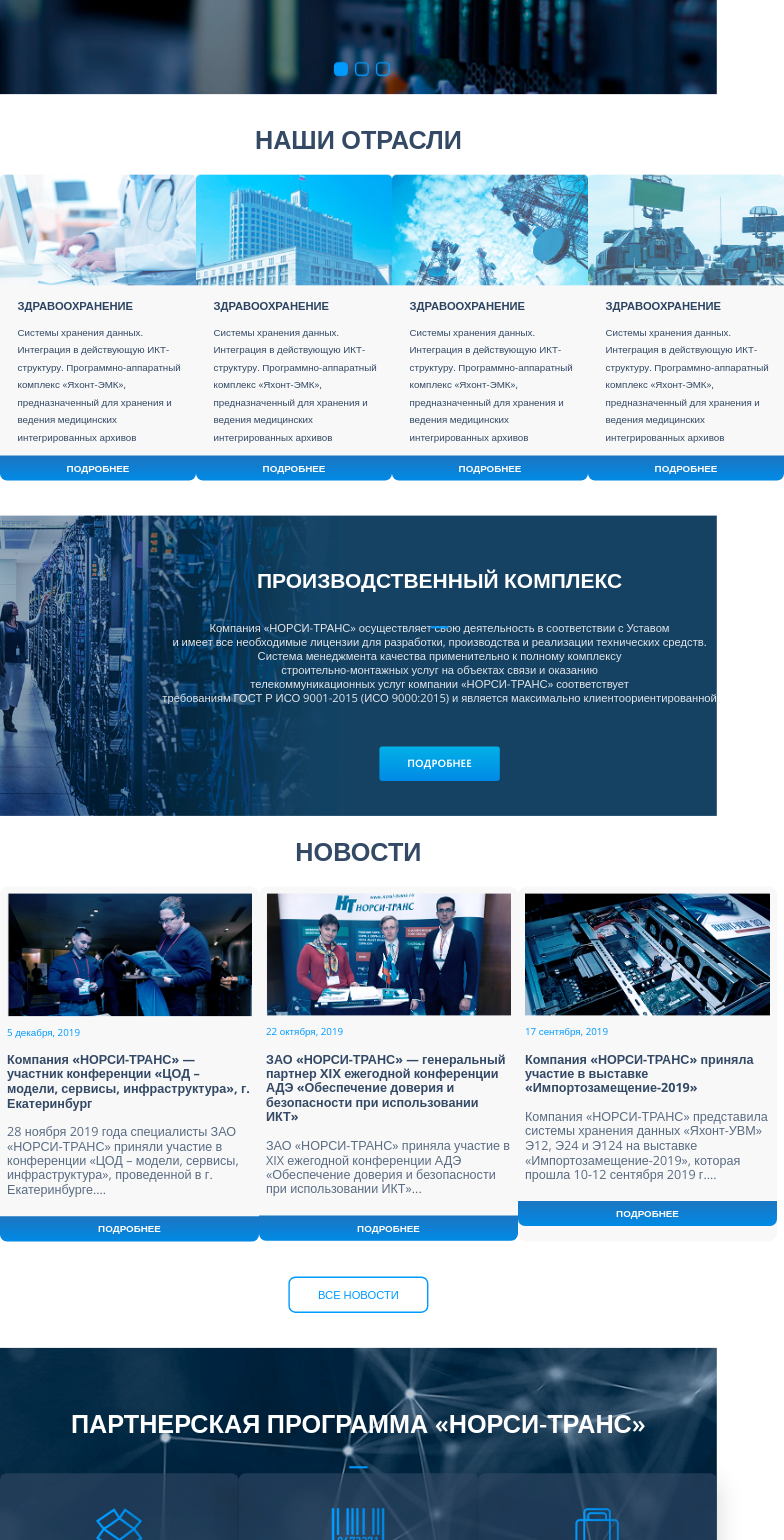
Repository: frostnn/testTaskBurbon
Page: app/index.html
These files come from the project's save history. The page is drawn as it stood at one moment and after the next save; the edit follows.
The browser window is 1024 px wide. The page is 1120 px wide, then 1110 px, so the pictures cover 1120 px, including what lies to the right of the window. The pictures show the part of the page from y = 431 to 2631 px (the page is 3433 px tall before and 3435 px after), at 70% of full size.
The style sheet was rebuilt from its Sass, Less or Tailwind sources for each picture, by a compiler version that may differ from the author's.

Above is the page before, as saved 2020-07-16 10:11:50.

After the next save:
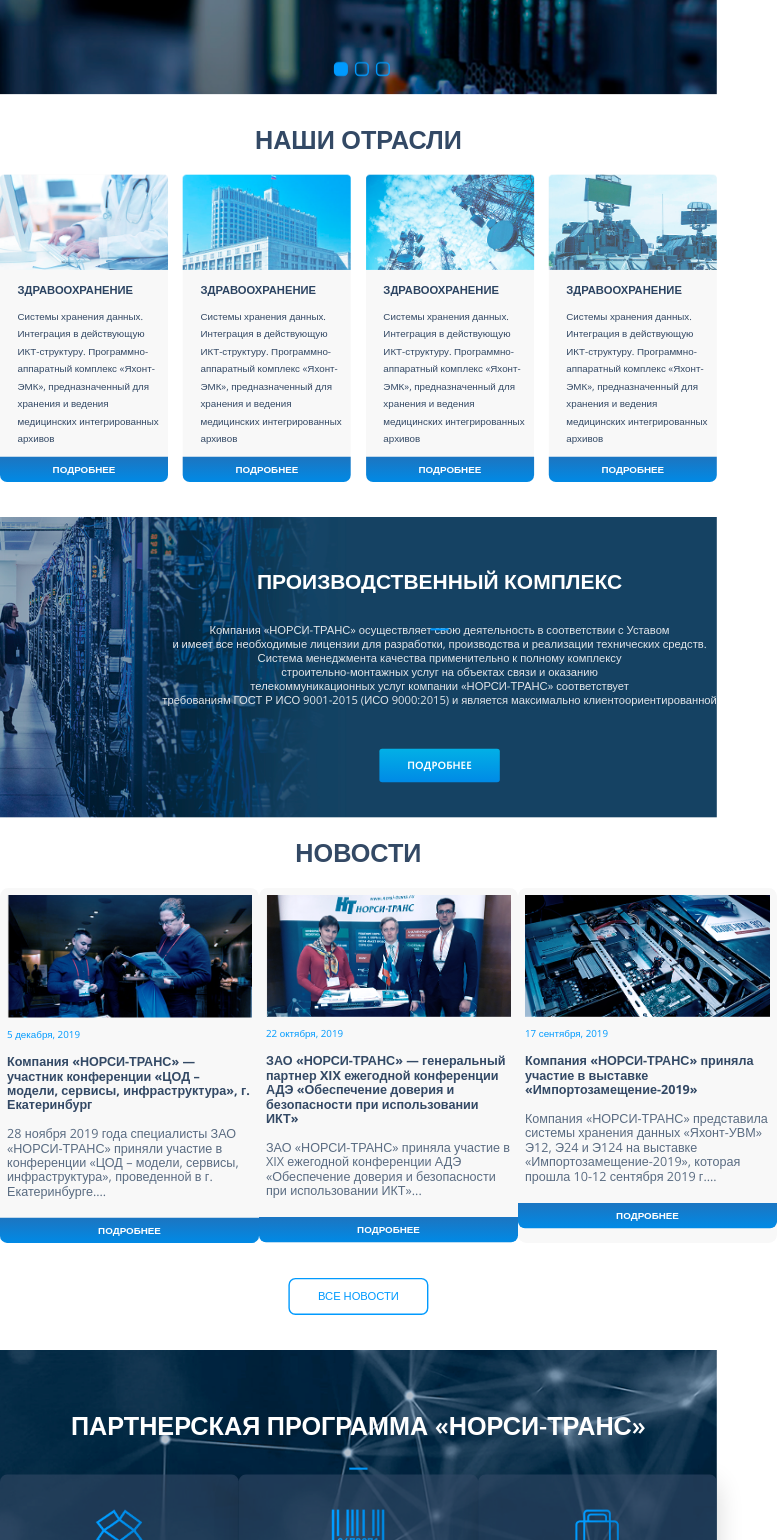
Saved 107 s later.
--- a/app/scss/_media.scss
+++ b/app/scss/_media.scss
@@ -164,9 +164,9 @@
     max-width: 1100px;
   }
   .industries-block__content {
-    max-width: 280px;
+    max-width: 240px;
     .industries-block__content-img {
-      max-width: 280px;
+      max-width: 240px;
     }
   }
   .news-block__content {
